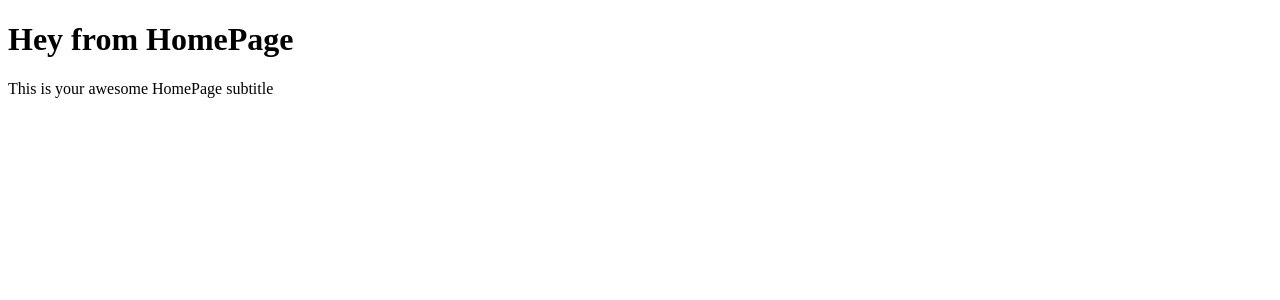
Repository: KLM94/profile
Page: /
These files come from the project's save history. The page is drawn as it stood at one moment and after the next save; the edit follows.
The browser window is 1280 px wide. The pictures show the whole page.
The project was rebuilt for these pictures with package versions that can differ from the ones it lists, and the page was loaded fresh each time. Also part of the build but not shown: src/index.css.

Above is the page before, as saved 2020-10-27 15:34:22.

### src/App.js
import React from 'react'
import Profile from './Components/Profile'

function App() {
  return (
    <div className="App">
      <Profile path="/" />
    </div>
  );
}

export default App;

### src/Components/Profile.jsx
export default function HomePage() {

return (

    <>

    <h1>Hey from HomePage</h1>

    <p>This is your awesome HomePage subtitle</p>

    </>

    );

    }

Loaded but not shown: public/index.html (common file); src/index.js (common file)

After the next save:
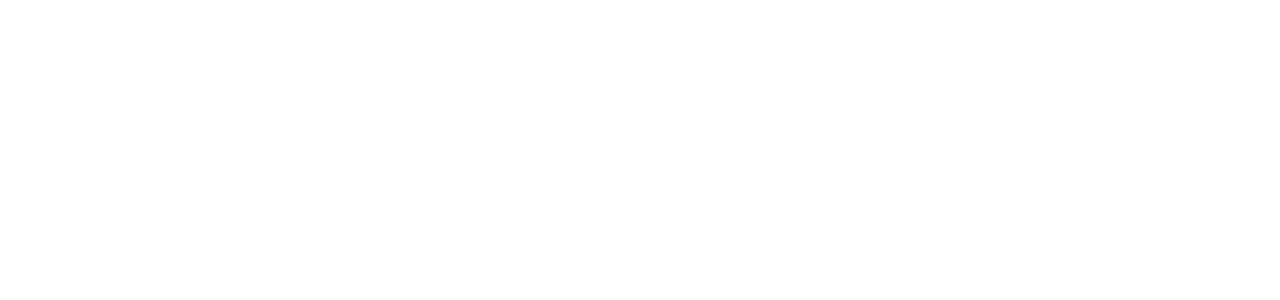
Saved 17 s later.
--- a/src/App.js
+++ b/src/App.js
@@ -4,7 +4,7 @@
 function App() {
   return (
     <div className="App">
-      <Profile path="/" />
+      {/* <Profile path="/" /> */}
     </div>
   );
 }

After the save that followed:
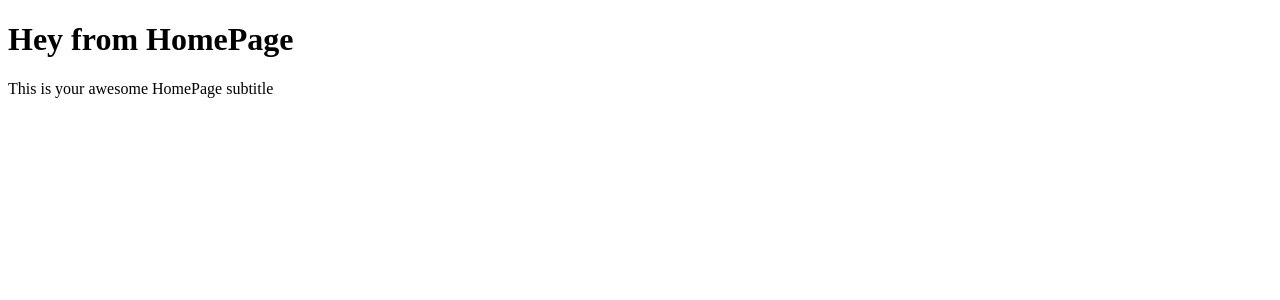
Saved 6 s later.
--- a/src/App.js
+++ b/src/App.js
@@ -4,7 +4,7 @@
 function App() {
   return (
     <div className="App">
-      {/* <Profile path="/" /> */}
+      <Profile path="/" />
     </div>
   );
 }
